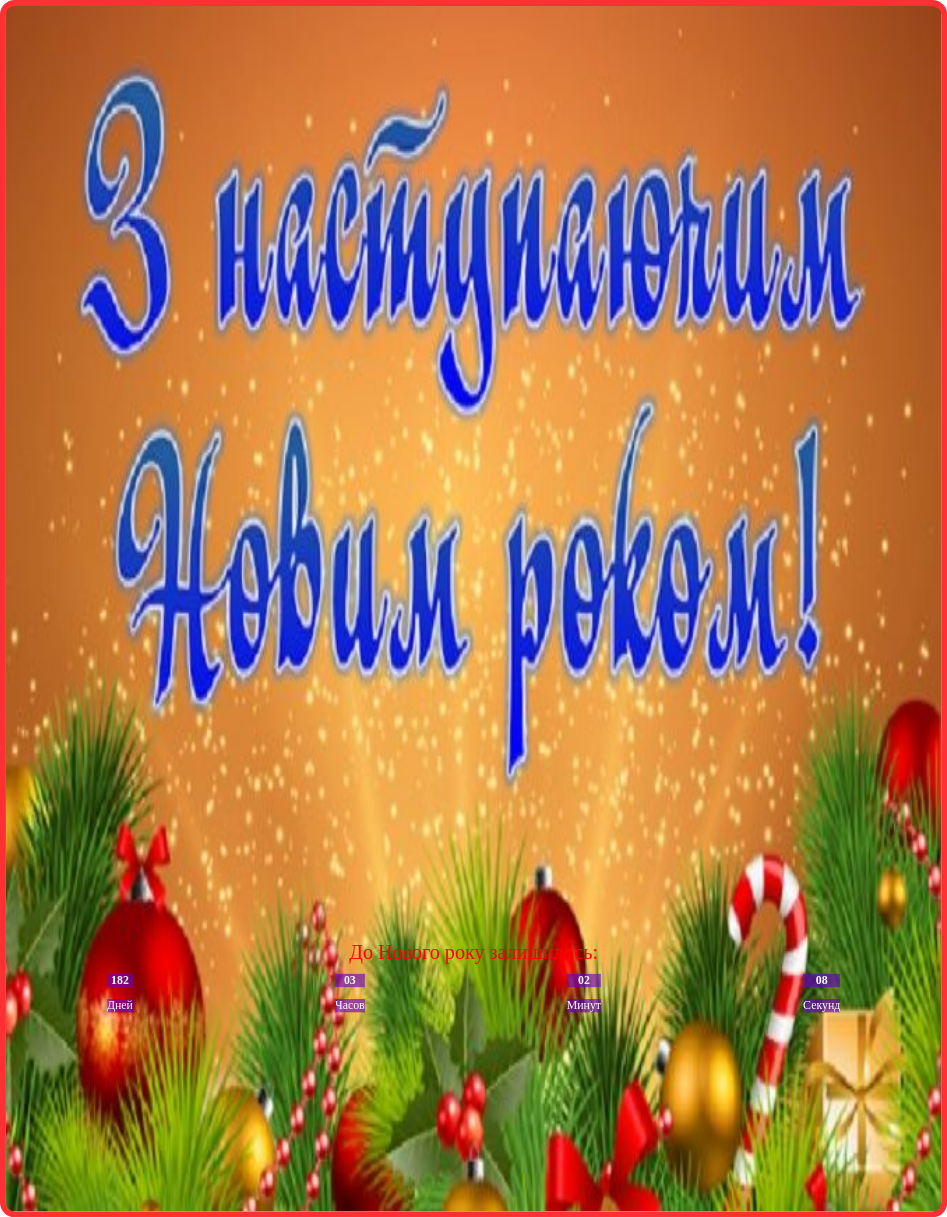
Repository: KonstantinKhamilov/JavaScript11-new-year
Page: index.html
These files come from the project's save history. The page is drawn as it stood at one moment and after the next save; the edit follows.
The browser window is 1280 px wide. The pictures show the whole page, at 74% of full size.

Above is the page before, as saved 2024-12-29 19:15:10.

After the next save:
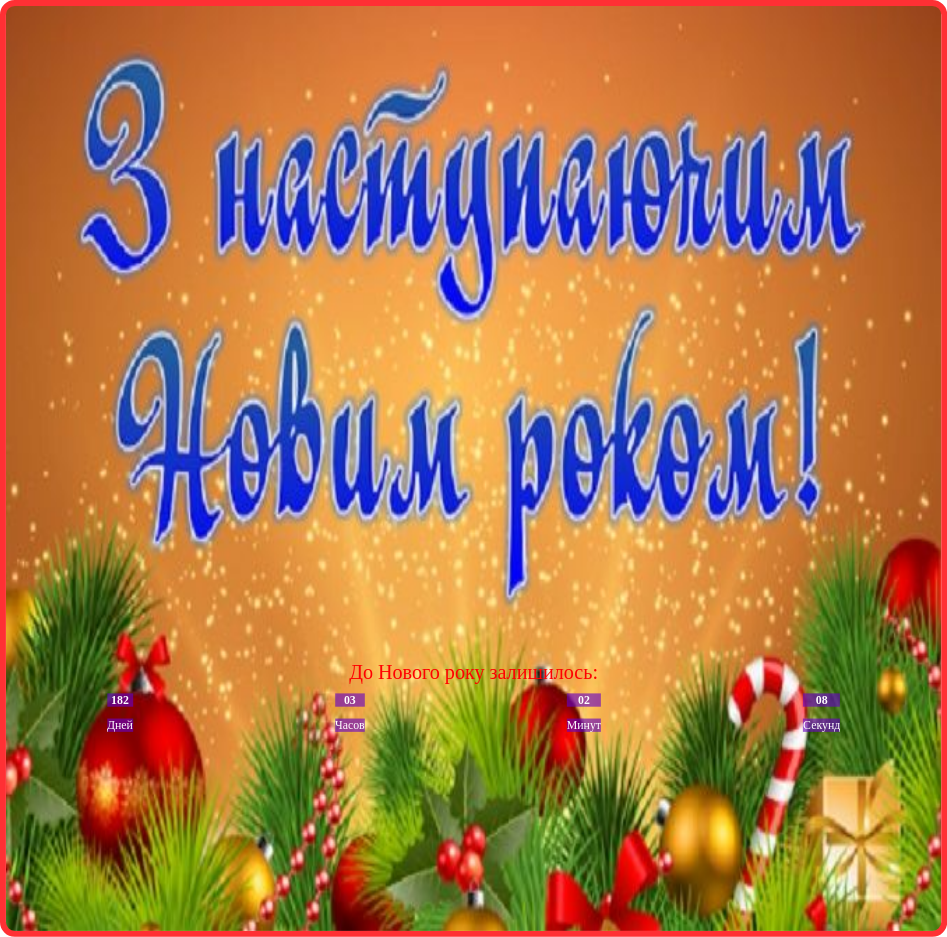
Saved 45 s later.
--- a/newYear.css
+++ b/newYear.css
@@ -33,7 +33,6 @@ body {
     font-family: cursive;
     font-size: 1.7em;
     text-align: center;
-    padding-top: 30%;
   }
 
   /*.count {

After the save that followed:
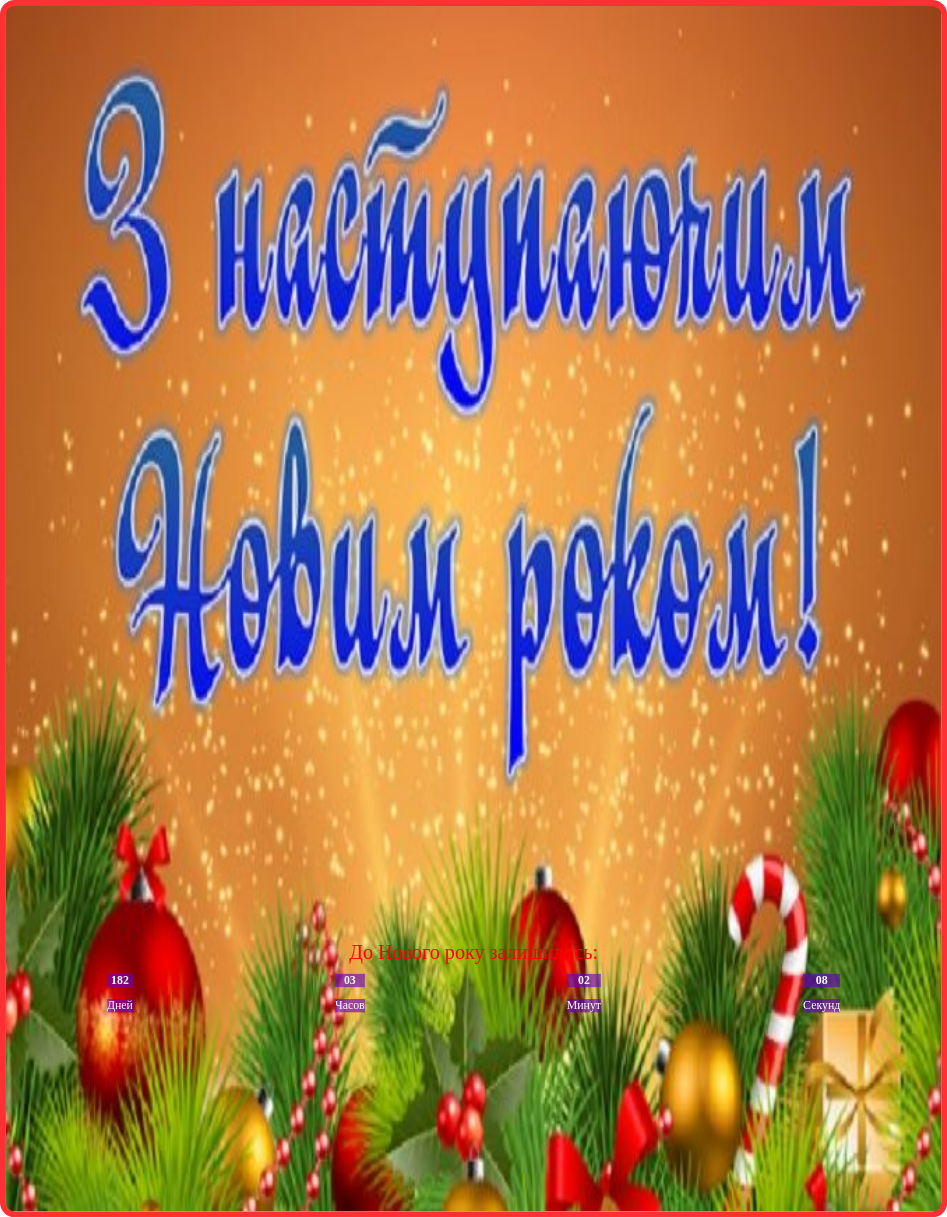
Saved 17 s later.
--- a/newYear.css
+++ b/newYear.css
@@ -25,7 +25,7 @@ body {
   }
 
   .maintext {
-    padding: 70% 0 20% 0;
+    padding: 100% 0 20% 0;
   }
 
   .text {
